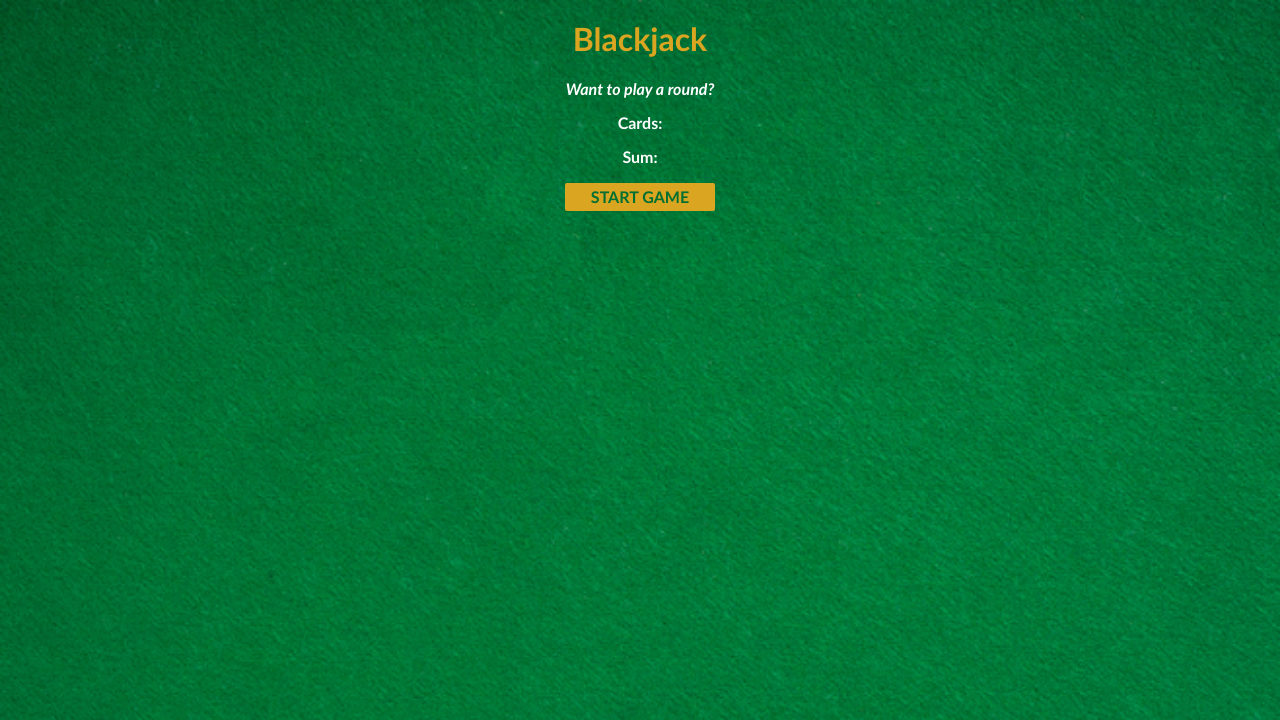
Repository: jt010051/JavaScriptBlackJack
Page: index.html
An editor plug-in stored every save of this project. The page is shown before and after the next save, followed by the edit.
The browser window is 1280 px wide. The pictures show the whole page.

Above is the page before, as saved 2022-02-26 18:28:58.

After the next save:
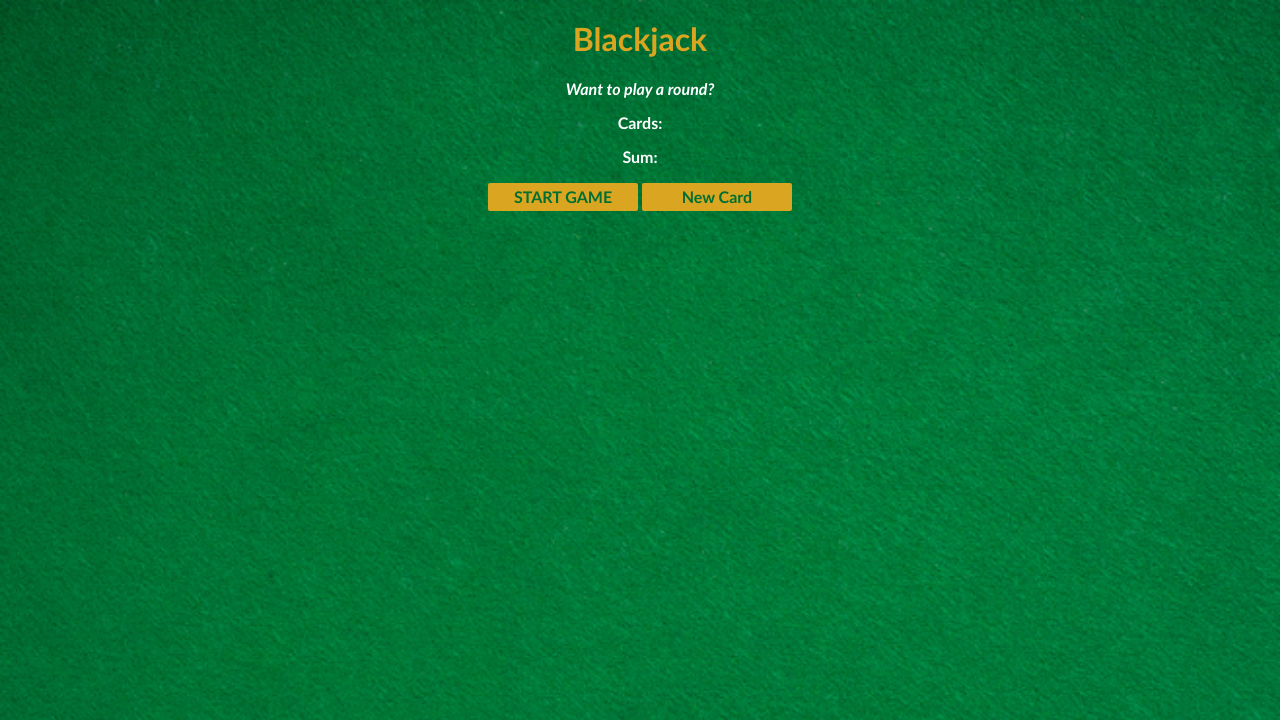
Saved 94 s later.
--- a/index.html
+++ b/index.html
@@ -8,6 +8,8 @@
         <p id="cards-el">Cards:</p>
         <p id="sum-el">Sum:</p>
         <button onclick="startGame()">START GAME</button>
+        <button onclick="newCard()">New Card</button>
+
         <script src="index.js"></script>
     </body>
 </html>
